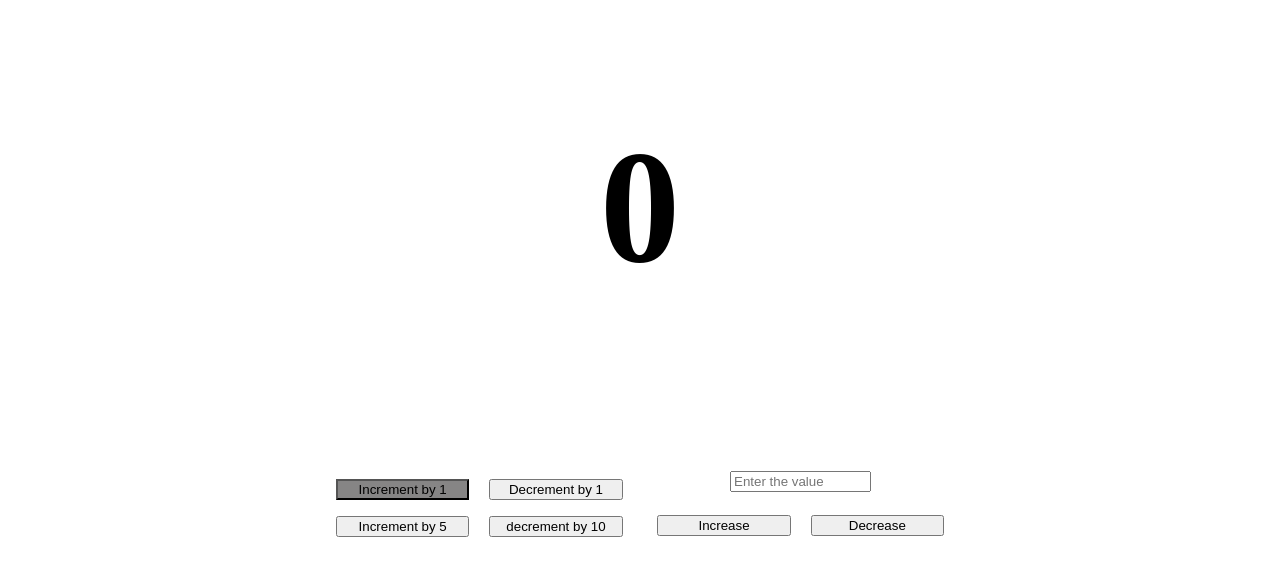
Repository: drumsmanku/micro-project-2
Page: index.html
The author's editor kept a copy of each file at every save. The page is drawn from the files as they stood at one save, then again after the next save.
The browser window is 1280 px wide. The pictures show the whole page.
The pointer rests on the first visible `button`.

Above is the page before, as saved 2023-04-07 20:52:51.

After the next save:
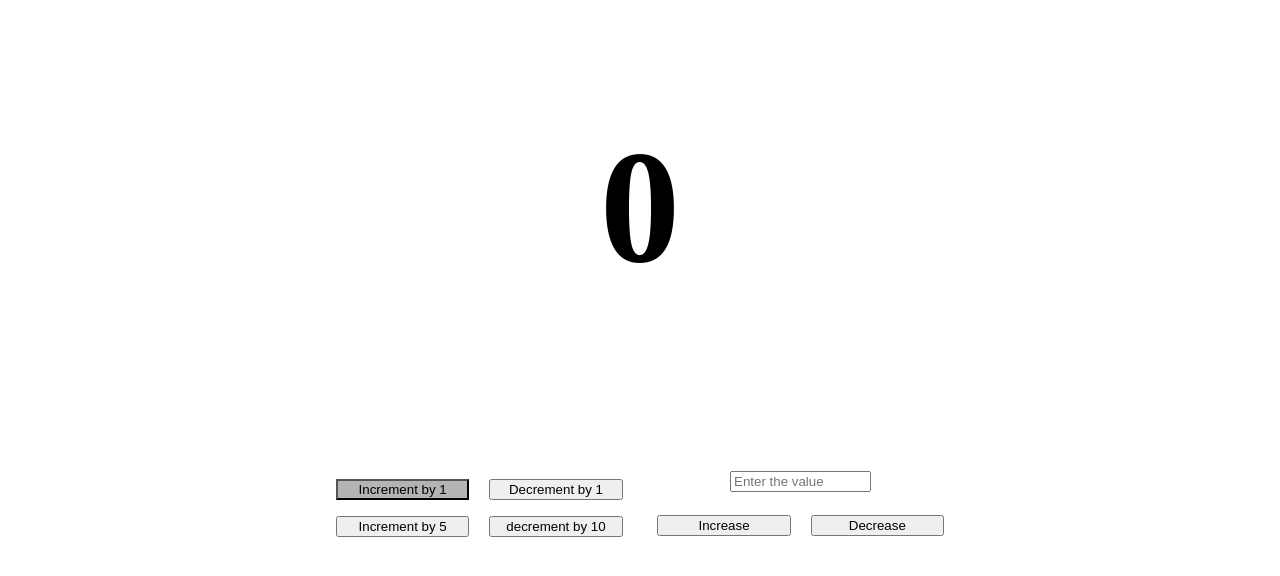
Saved 13 s later.
--- a/style.css
+++ b/style.css
@@ -45,5 +45,5 @@
 }
 
 button:hover{
-  background-color: rgb(134, 133, 133);
+  background-color: rgb(181, 180, 180);
 }
